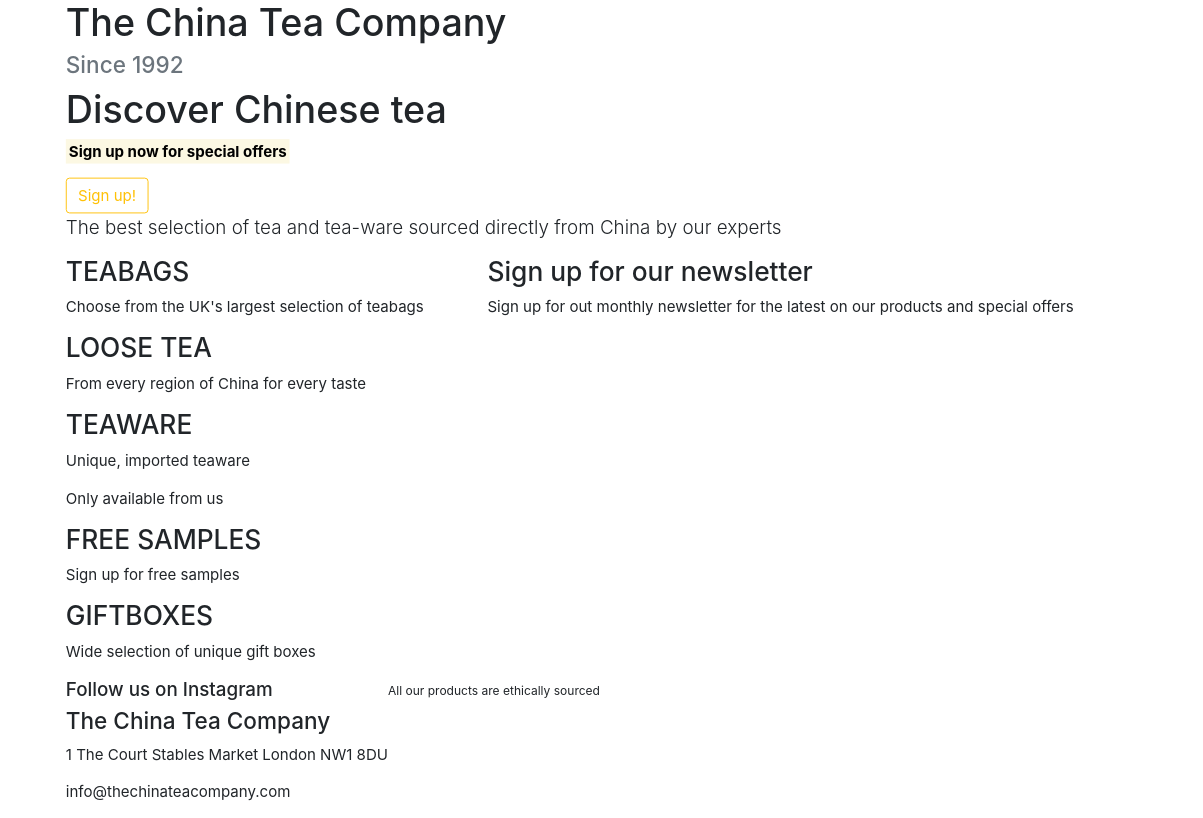
Repository: Code-Institute-Submissions/china-tea
Page: index.html
The author's editor kept a record of every edit. The page is drawn from the files as they stood at one moment, then again after the next edit.
The browser window is 1280 px wide. The pictures show the whole page, at 94% of full size.

Above is the page before.

After the next edit:
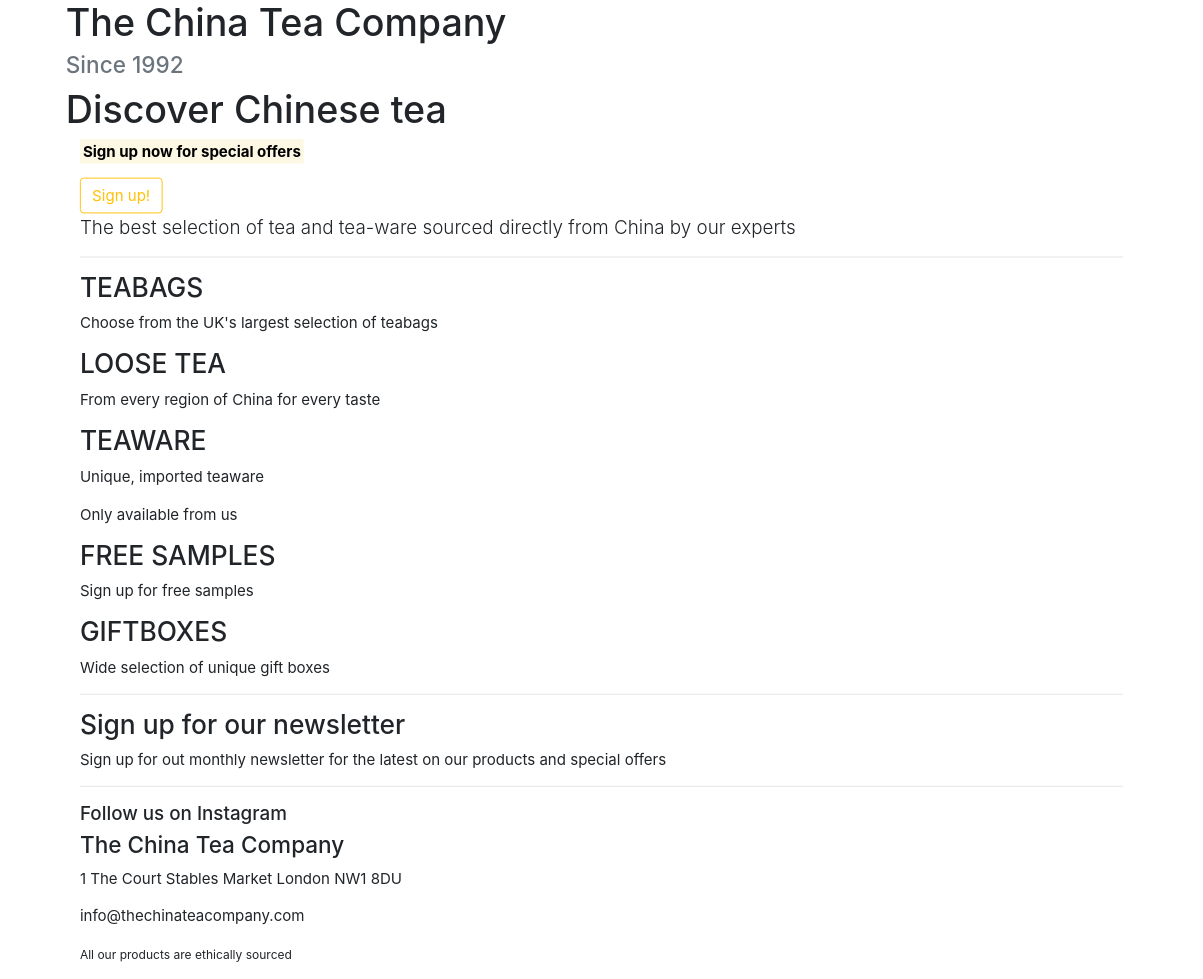
The edit:
--- a/index.html
+++ b/index.html
@@ -19,8 +19,10 @@
         <section class="callout">
         <h1>The China Tea Company</h1>
         <h4 class="text-muted">Since 1992</h4>
-
+        </div>
+        <div class="row">
         <h1>Discover Chinese tea</h1>
+        </div>
 
 
         <p><strong><mark>Sign up now for special offers</strong></mark></p>
